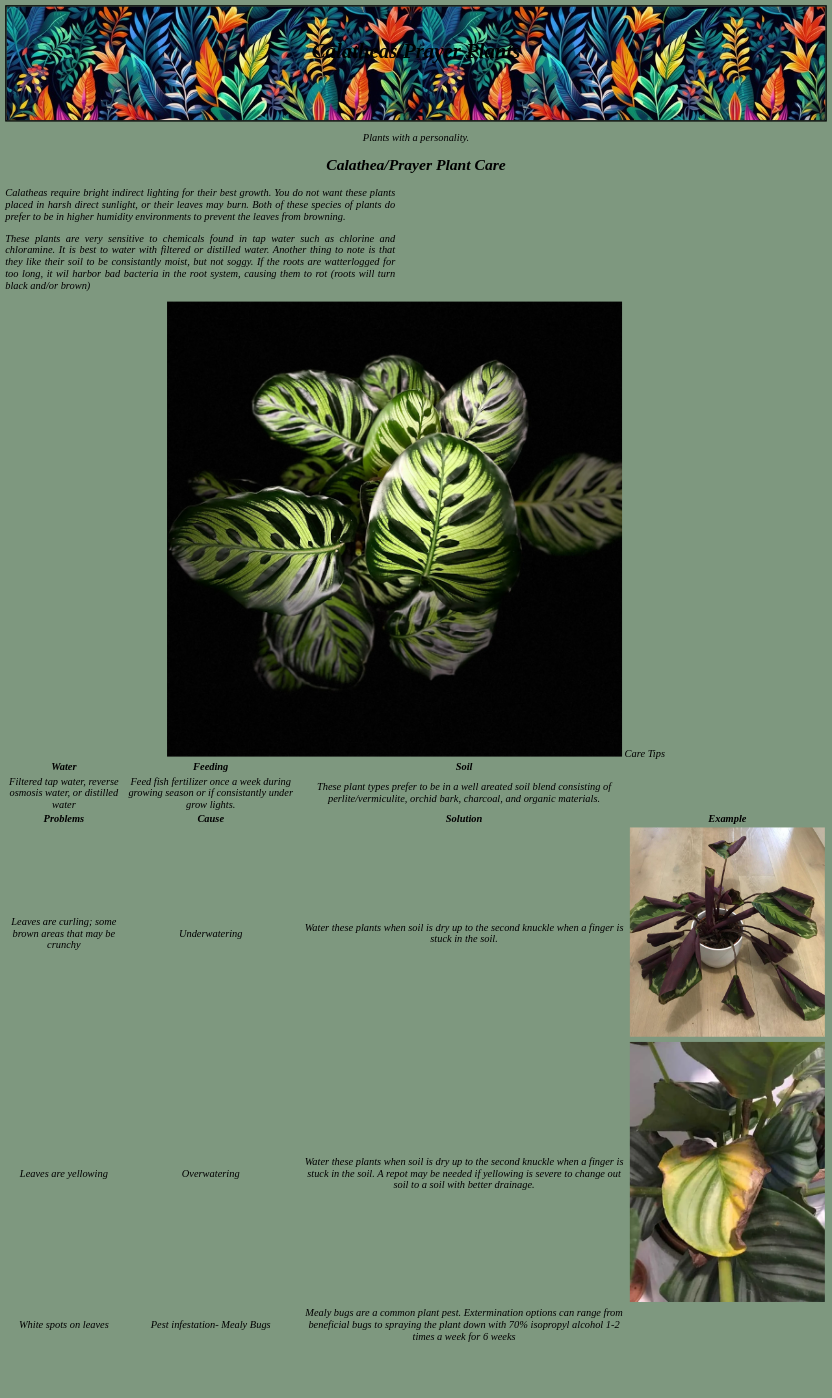
Repository: swillis91/odin-recipies
Page: Planty Page/calatheas.html
These files come from the project's save history. The page is drawn as it stood at one moment and after the next save; the edit follows.
The browser window is 1280 px wide. The pictures show the whole page, at 65% of full size.

Above is the page before, as saved 2023-08-11 00:10:04.

After the next save:
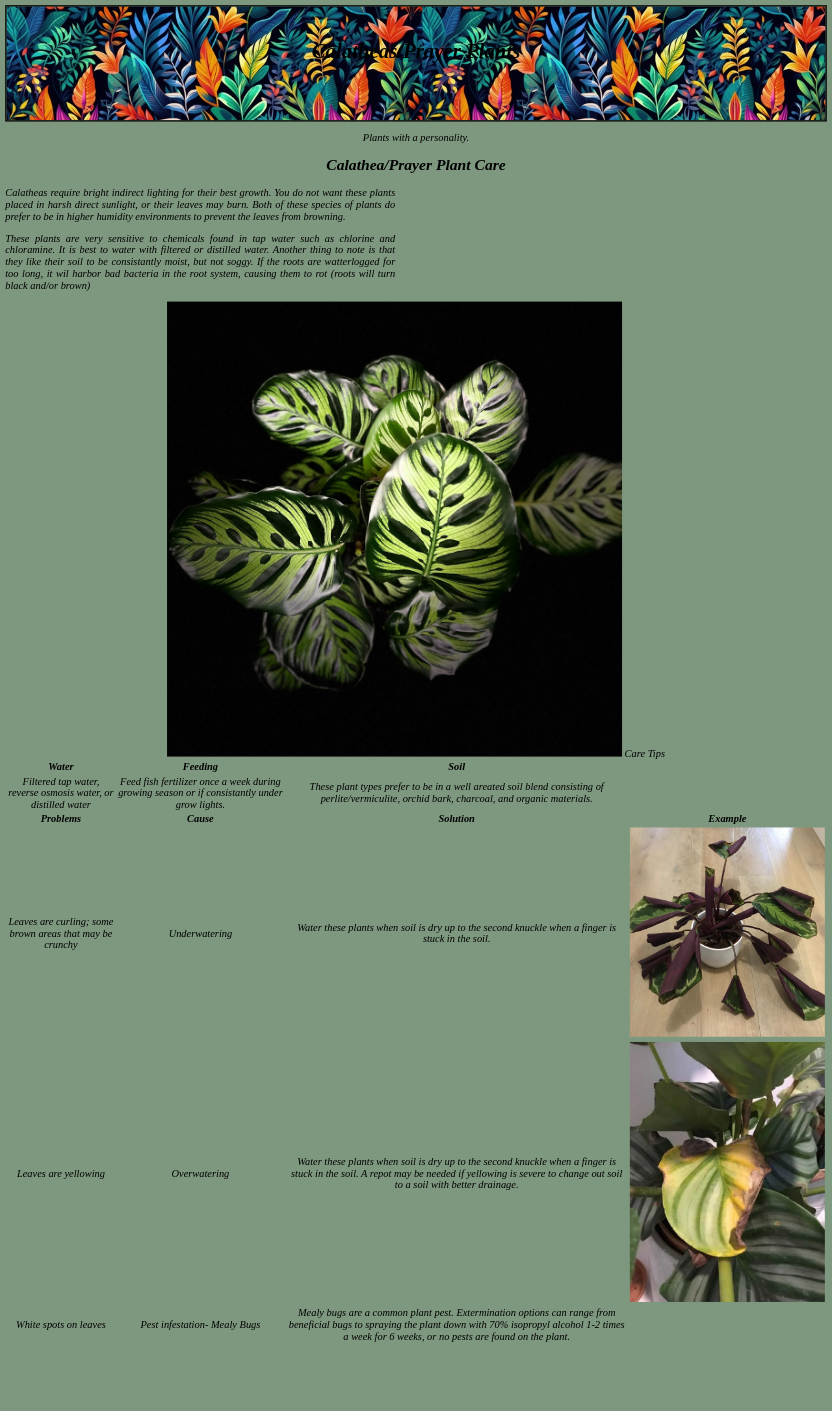
Saved 14 s later.
--- a/Planty Page/calatheas.html
+++ b/Planty Page/calatheas.html
@@ -44,7 +44,7 @@
                 <tr>
                     <td>White spots on leaves</td>
                     <td>Pest infestation- Mealy Bugs</td>
-                    <td>Mealy bugs are a common plant pest. Extermination options can range from beneficial bugs to spraying the plant down with 70% isopropyl alcohol 1-2 times a week for 6 weeks</td>
+                    <td>Mealy bugs are a common plant pest. Extermination options can range from beneficial bugs to spraying the plant down with 70% isopropyl alcohol 1-2 times a week for 6 weeks, or no pests are found on the plant.</td>
                 </tr>
             </table>
         </body>
